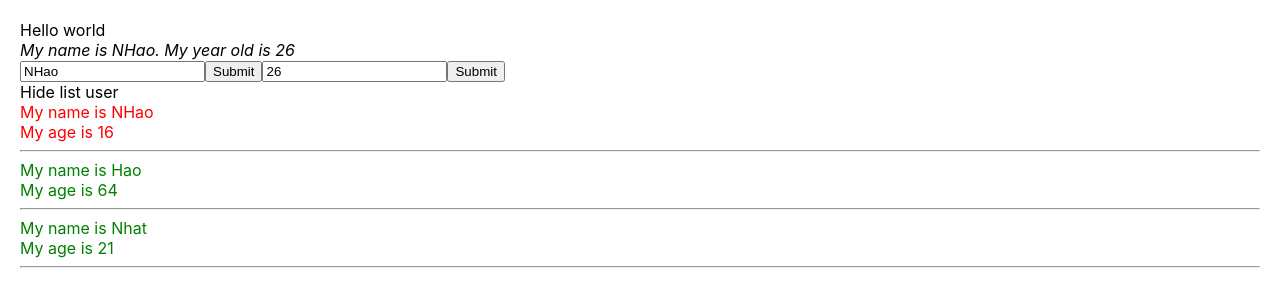
Repository: haonguyen09/reactProject
Page: /
The author's editor kept a copy of each file at every save. The page is drawn from the files as they stood at one save, then again after a run of saves.
The browser window is 1280 px wide. The pictures show the whole page.
The project was rebuilt for these pictures with package versions that can differ from the ones it lists, and the page was loaded fresh each time.

Above is the page before, as saved 2023-08-02 21:33:08.

After the next 2 saves:
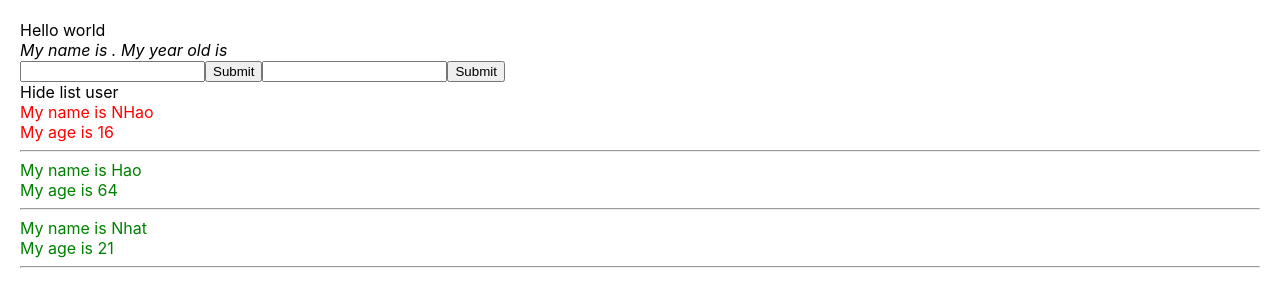
The 2 saves are shown as one change because 1 did not build or start.
The last was saved 5 min 33 s later.
--- a/src/components/AddUserInfo.js
+++ b/src/components/AddUserInfo.js
@@ -3,9 +3,9 @@ import React from 'react';
 
 class AddUserInfo extends React.Component {
     state = {
-        name: "NHao",
+        name: "",
         address: "Hoi dan IT",
-        age: 26
+        age: ""
     };
 
 
